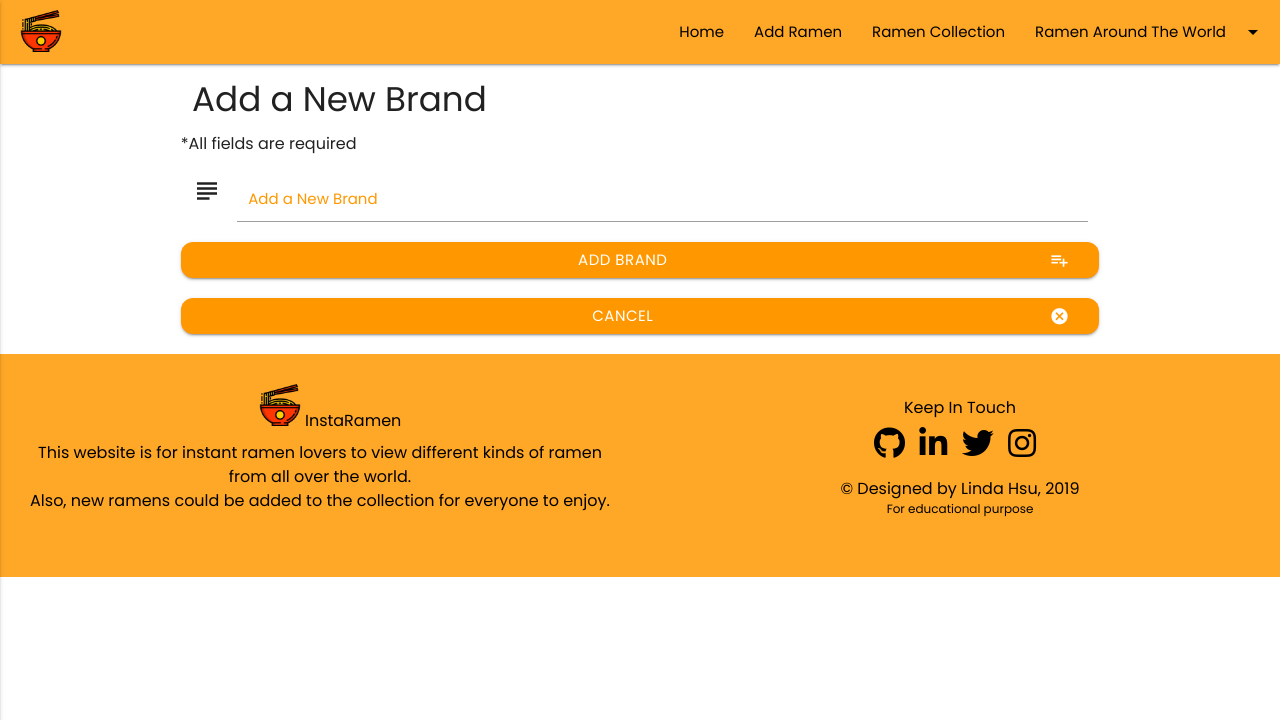
Repository: Paddlepop25/codeinstitute-insta-ramen
Page: http://localhost/add_brands
The author's editor kept a record of every edit. The page is drawn from the files as they stood at one moment, then again after the next edit.
The browser window is 1280 px wide. The pictures show the whole page.
Some web libraries are served in a nearby version. The page is served by the project's application, run on Flask 3 (app.py). Queries for data that is not in the repository find no rows.

Above is the page before.

After the next edit:
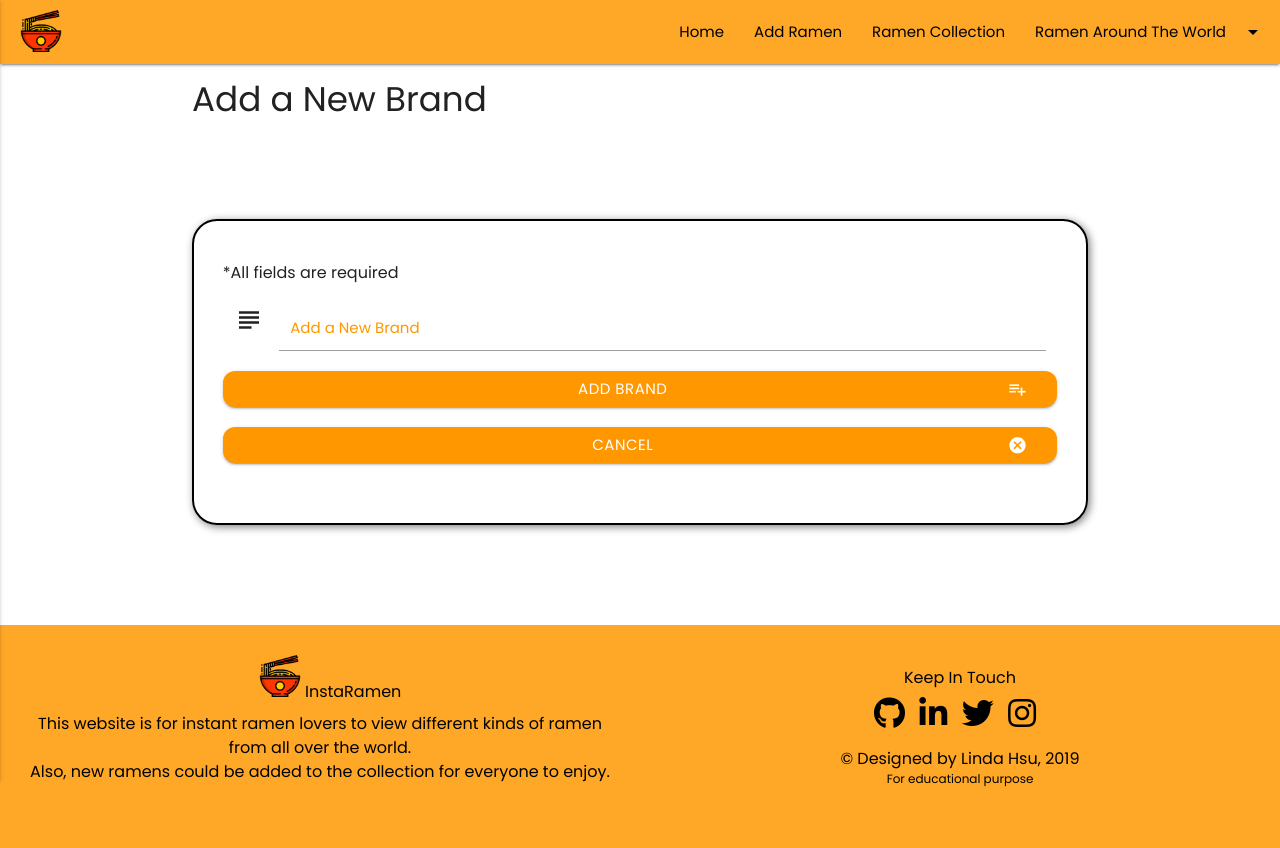
The edit:
--- a/templates/add_brands.html
+++ b/templates/add_brands.html
@@ -2,7 +2,7 @@
 
 <div class="container add-brand">
   <h4>Add a New Brand</h4>
-  <form action="{{ url_for('insert_brand') }}" method="POST" class="ramen_form">
+  <form action="{{ url_for('insert_brand') }}" method="POST" class="ramen-form">
     <div class="row">
       <span>*</span><span>All fields are required</span>
     </div>
